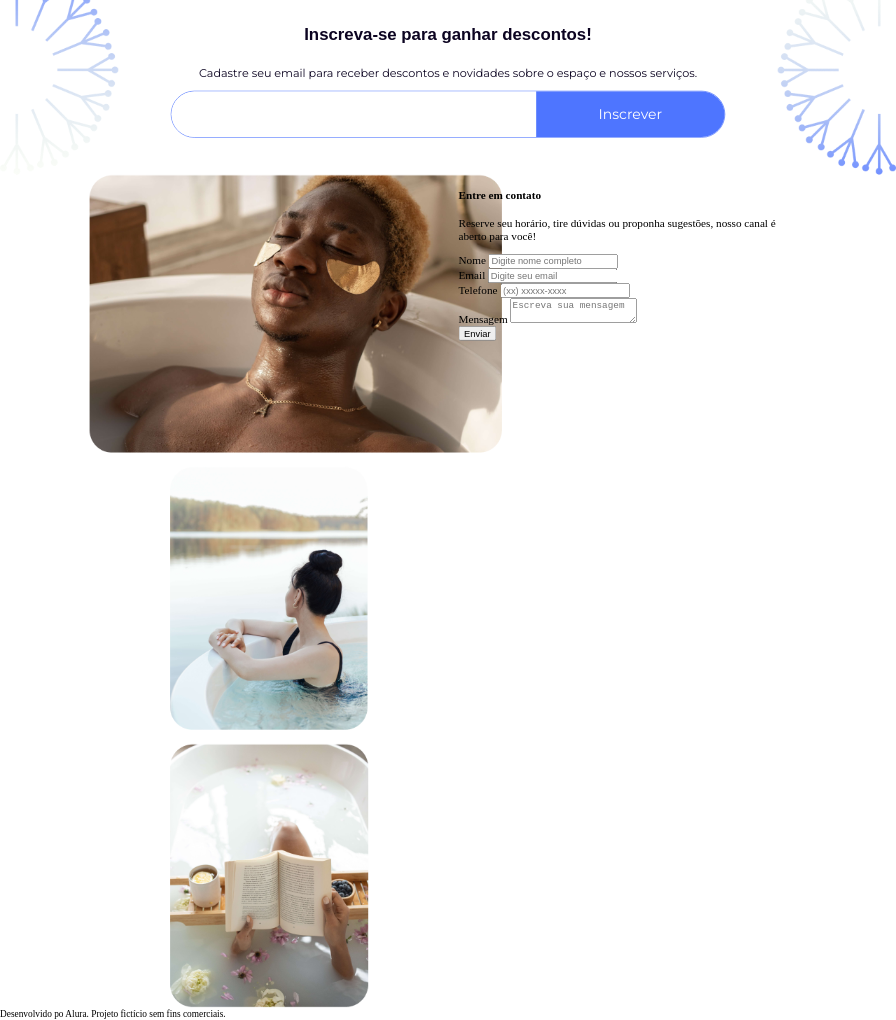
Repository: joaoPraiaJunior/curso-sass
Page: index.html
An editor plug-in stored every save of this project. The page is shown before and after the next save, followed by the edit.
The browser window is 1280 px wide. The pictures show the part of the page from y = 2134 to 4054 px (the page is 3591 px tall before and 4150 px after), at 70% of full size.
Some web fonts or font styles are not loaded; a fallback is used. The style sheet was rebuilt from its Sass, Less or Tailwind sources for each picture, by a compiler version that may differ from the author's.

Above is the page before, as saved 2024-07-06 19:08:57.

After the next save:
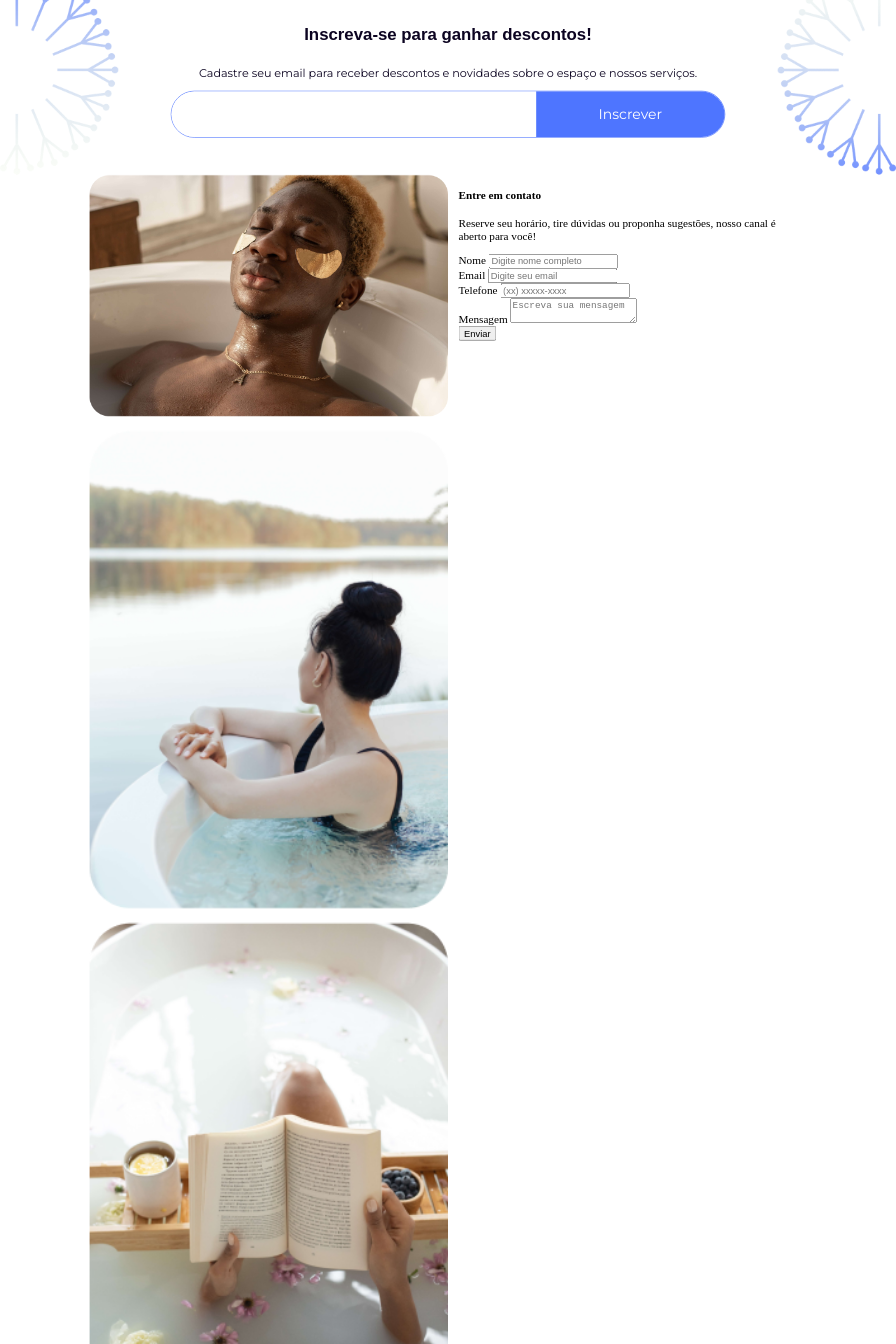
Saved 2 min 44 s later.
--- a/styles/components/_contato.scss
+++ b/styles/components/_contato.scss
@@ -14,6 +14,9 @@
     flex-wrap: wrap;
     gap: 2rem;
     max-width: 50%;
+    img {
+        width: 100%
+    }
   }
 
   .contatos-form {
